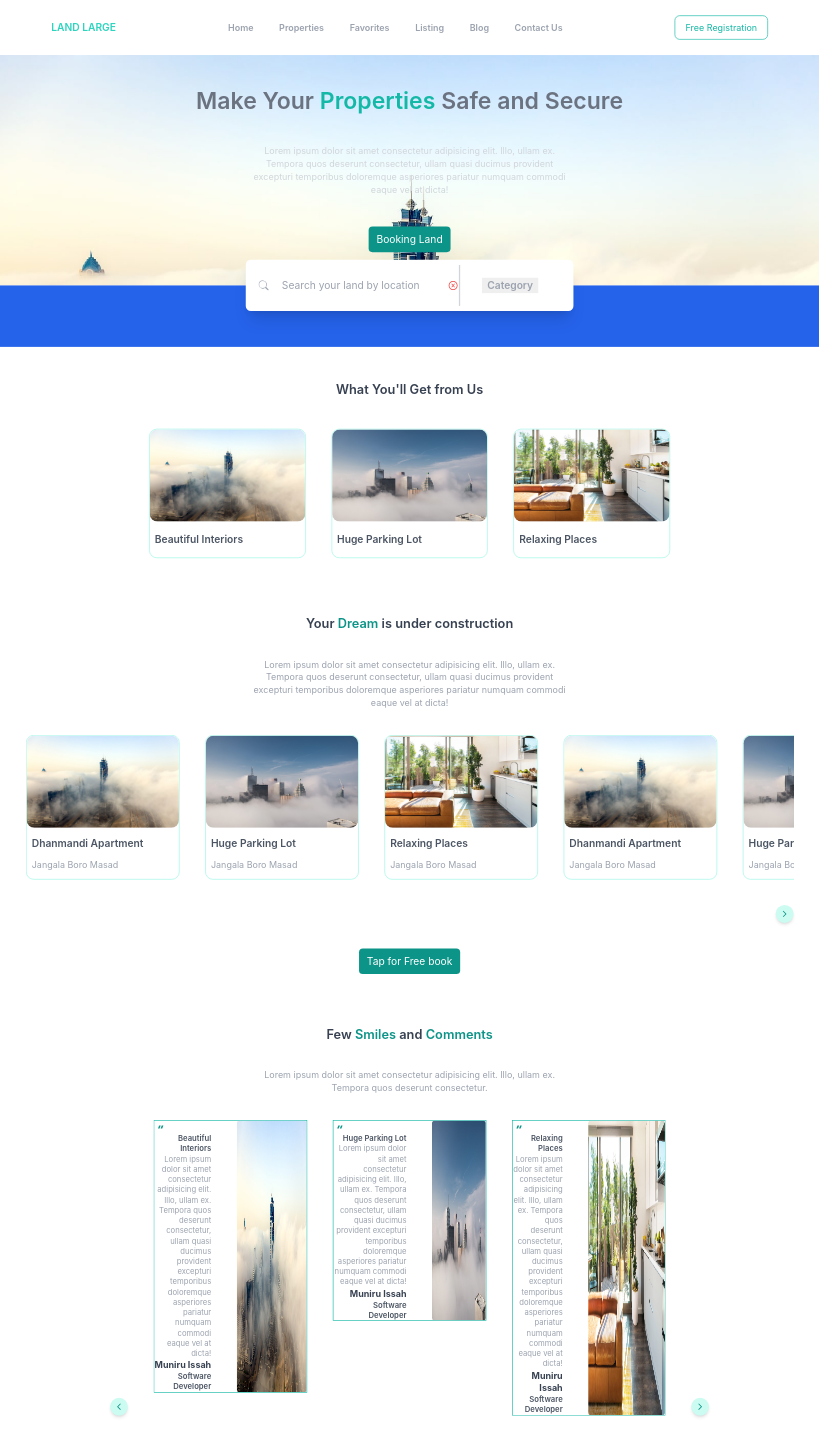
Repository: MuniruIssah/realestate
Page: /
The author's editor kept a copy of each file at every save. The page is drawn from the files as they stood at one save, then again after the next save.
The browser window is 1280 px wide. The pictures show the whole page, at 64% of full size.
The project was rebuilt for these pictures with package versions that can differ from the ones it lists, and the page was loaded fresh each time. Also part of the build but not shown: src/App.css.

Above is the page before, as saved 2022-02-20 07:22:55.

After the next save:
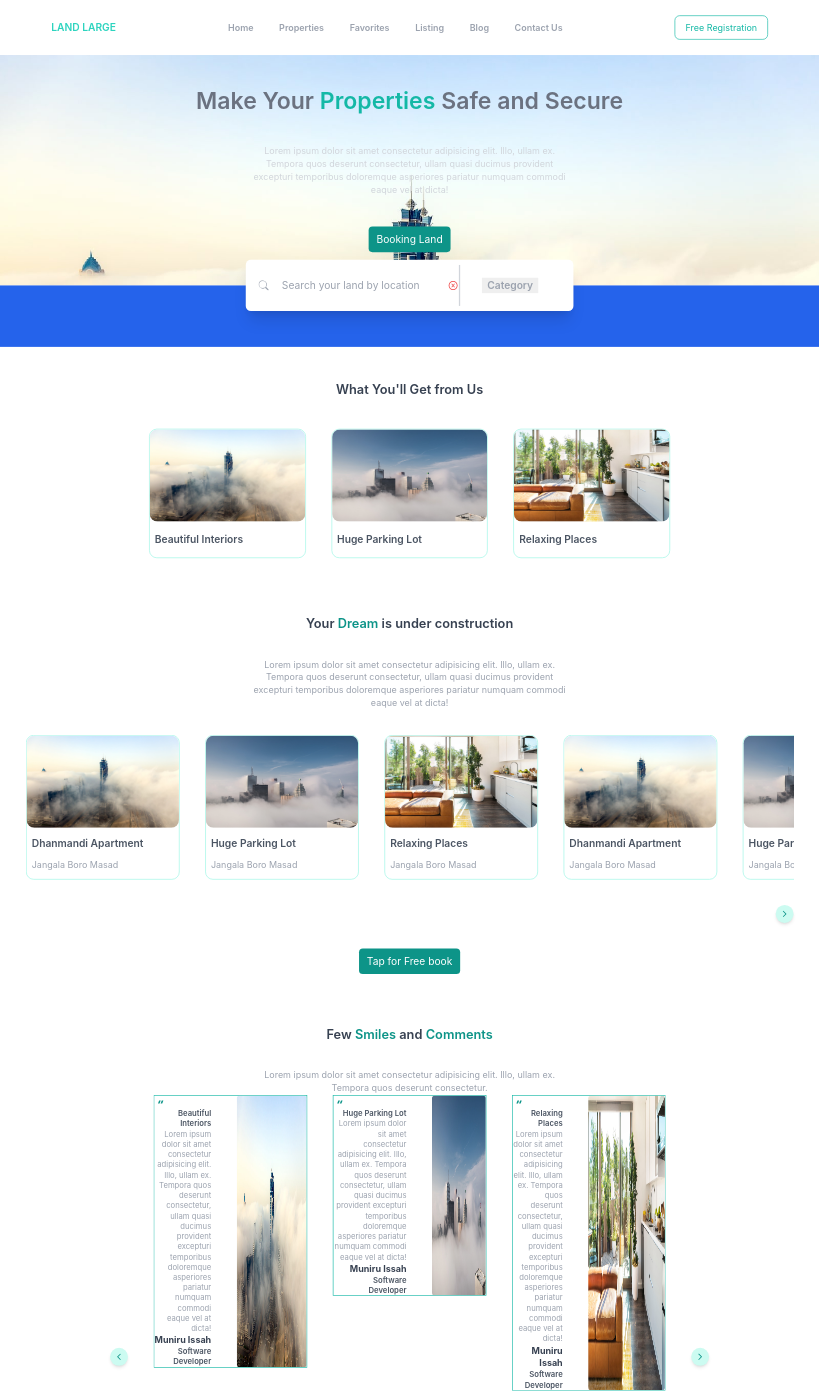
Saved 6 s later.
--- a/src/components/SmilesAndComments.js
+++ b/src/components/SmilesAndComments.js
@@ -50,7 +50,7 @@
         Lorem ipsum dolor sit amet consectetur adipisicing elit. Illo, ullam ex.
         Tempora quos deserunt consectetur.
       </p>
-      <div className="flex space-x-10 justify-center items-center ">
+      <div className="flex space-x-10 justify-center items-center h-96">
         <button className="bg-teal-100 text-xs rounded rounded-full text-teal-600 p-2  self-end shadow-md">
           <MdOutlineArrowBackIos />
         </button>

After the save that followed:
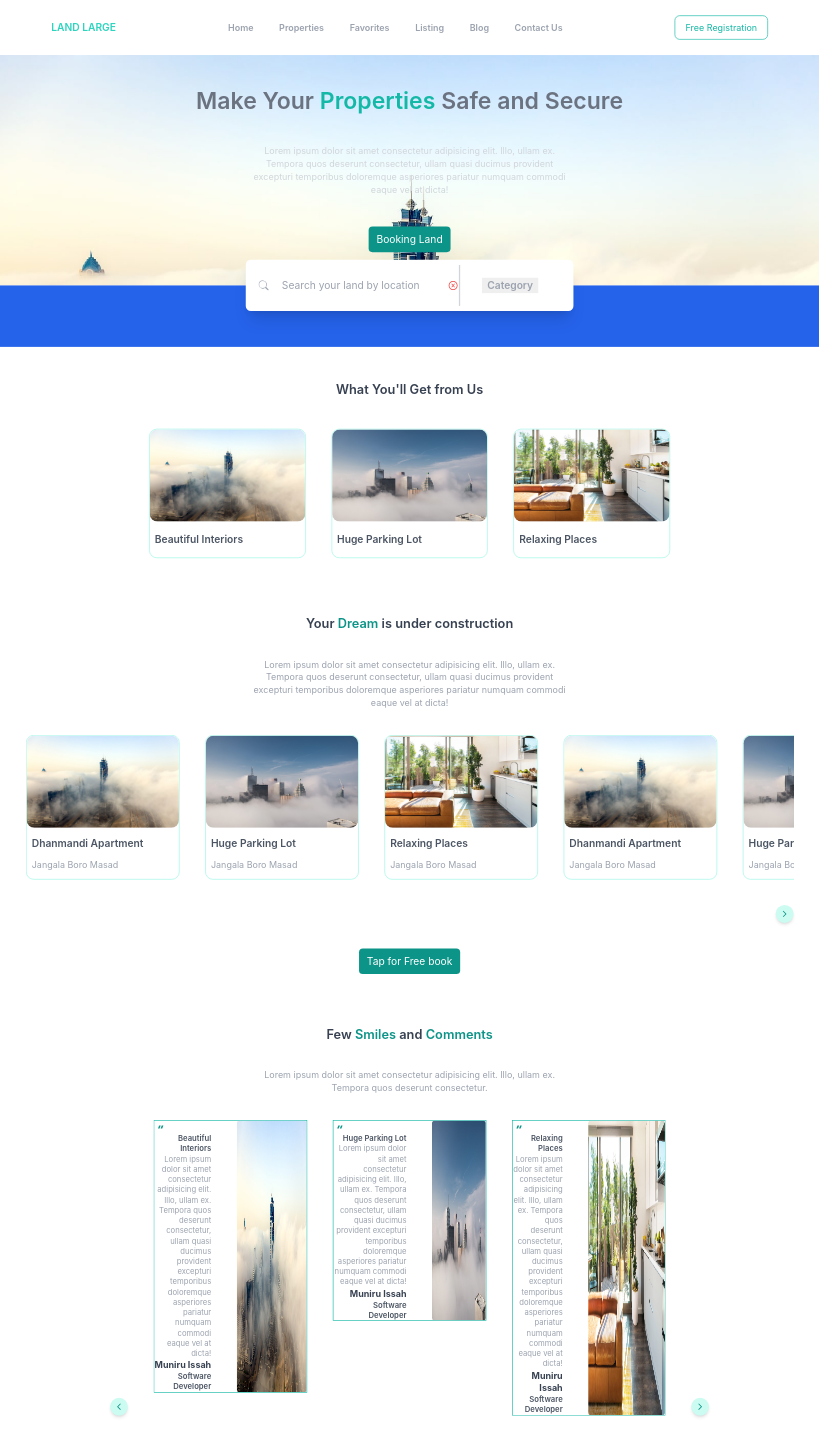
Saved 14 s later.
--- a/src/components/SmilesAndComments.js
+++ b/src/components/SmilesAndComments.js
@@ -50,7 +50,7 @@
         Lorem ipsum dolor sit amet consectetur adipisicing elit. Illo, ullam ex.
         Tempora quos deserunt consectetur.
       </p>
-      <div className="flex space-x-10 justify-center items-center h-96">
+      <div className="flex space-x-10 justify-center items-center ">
         <button className="bg-teal-100 text-xs rounded rounded-full text-teal-600 p-2  self-end shadow-md">
           <MdOutlineArrowBackIos />
         </button>
